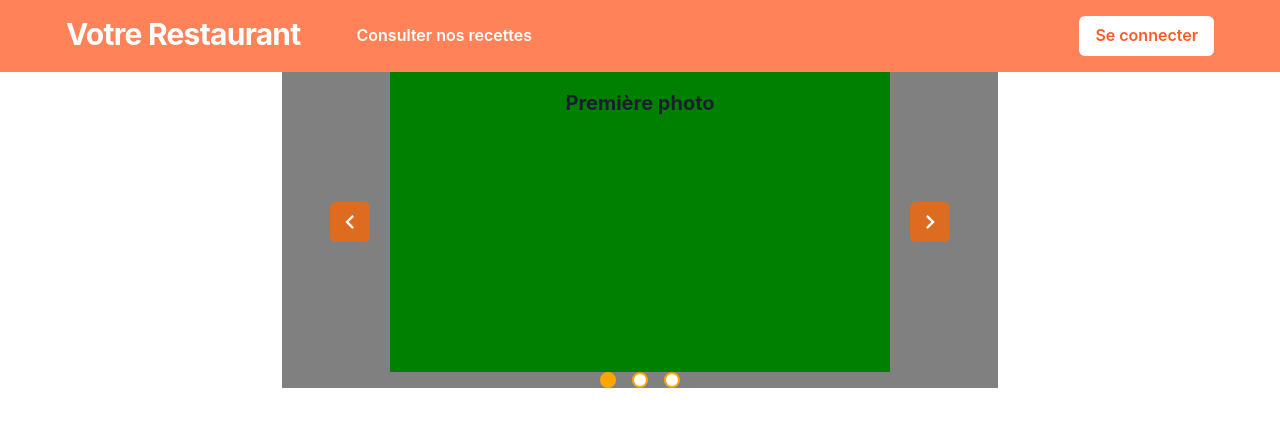
Repository: Ecaron76/tp-restau-next
Page: /
These files come from the project's save history. The page is drawn as it stood at one moment and after a run of saves; the edit follows.
The browser window is 1280 px wide. The pictures show the whole page.
The project was rebuilt for these pictures with package versions that can differ from the ones it lists, and the page was loaded fresh each time. The framework's server and built-in components were replaced by stand-ins that run in the browser. Also part of the build but not shown: next.config.mjs.

Above is the page before, as saved 2024-02-25 19:08:04.

After the next 2 saves:
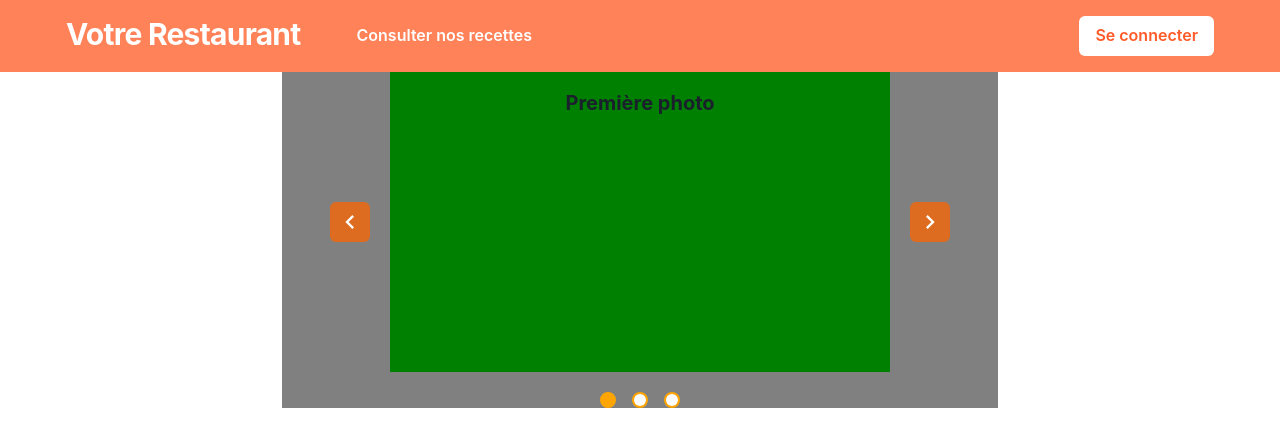
The 2 saves are shown as one change because they came seconds apart.
The last was saved 27 s later.
--- a/src/components/SliderResto/SliderResto.tsx
+++ b/src/components/SliderResto/SliderResto.tsx
@@ -18,7 +18,7 @@ export default function SliderResto() {
         setCurrentSlide((prevSlide: number) => (prevSlide - 1 + slides.length) % slides.length);
       };
   return (
-    <Box position="relative" textAlign="center" gap={5}>
+    <Box position="relative" textAlign="center" >
       <Box display={'flex'} justifyContent={'center'} alignItems={'center'} gap={5}>
         <IconButton
           onClick={goToPrevSlide}
@@ -40,7 +40,7 @@ export default function SliderResto() {
           aria-label="Suivant"
         />
       </Box>
-      <HStack justifyContent="center" mb={4} color={'orange'}>
+      <HStack justifyContent="center" mb={4} color={'orange'} marginTop={5}>
         {slides.map((_, index) => (
           <Box
             key={index}
